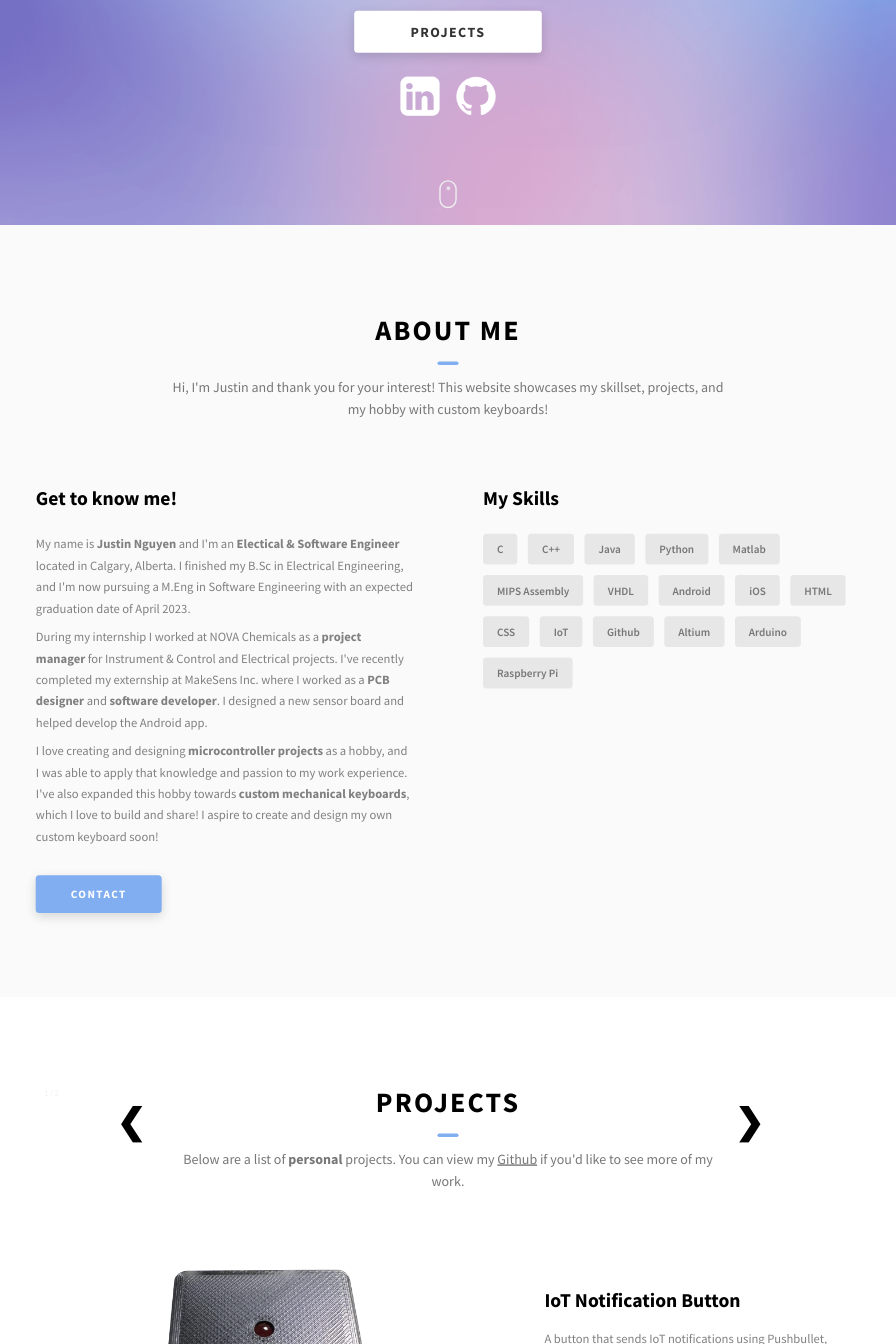
Repository: justinknguyen/Personal-Portfolio
Page: index.html
The author's editor kept a copy of each file at every save. The page is drawn from the files as they stood at one save, then again after the next save.
The browser window is 1280 px wide. The pictures show the part of the page from y = 479 to 2399 px (the page is 6076 px tall), at 70% of full size.
The style sheet was rebuilt from its Sass, Less or Tailwind sources for each picture, by a compiler version that may differ from the author's.

Above is the page before, as saved 2022-09-10 19:26:47.

After the next save:
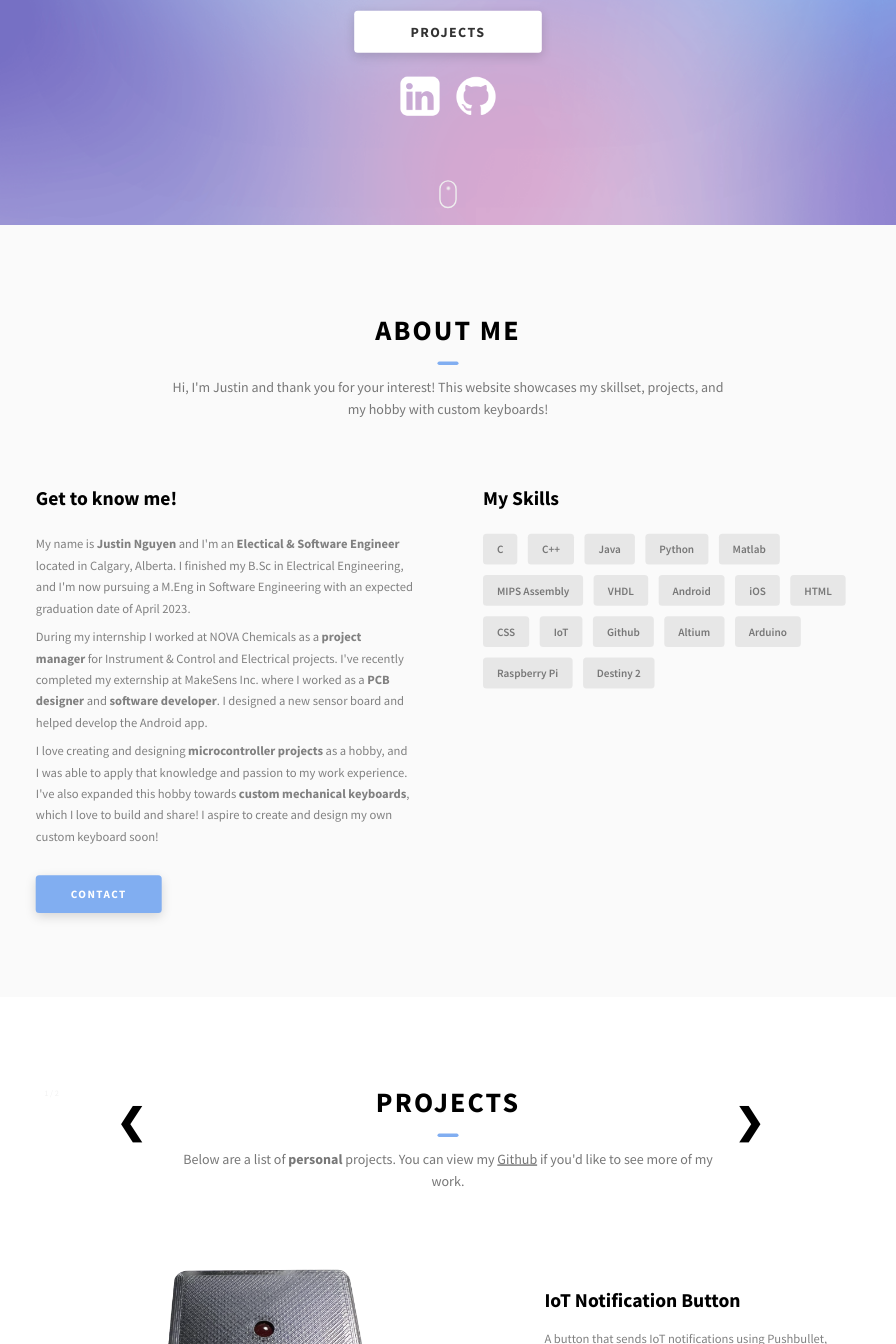
Saved 21 s later.
--- a/index.html
+++ b/index.html
@@ -211,6 +211,7 @@
               <div class="skills__skill">Altium</div>
               <div class="skills__skill">Arduino</div>
               <div class="skills__skill">Raspberry Pi</div>
+              <div class="skills__skill">Destiny 2</div>
             </div>
           </div>
         </div>
